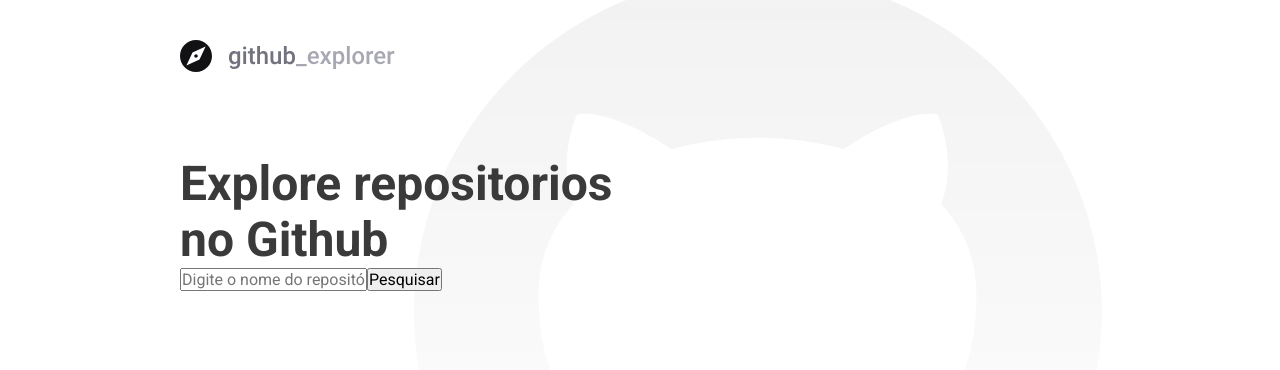
Repository: gutobarbosa/FrontEndLojaVirtual
Page: /
The author's editor kept a copy of each file at every save. The page is drawn from the files as they stood at one save, then again after the next save.
The browser window is 1280 px wide. The pictures show the whole page.
The project was rebuilt for these pictures with package versions that can differ from the ones it lists, and the page was loaded fresh each time. Also part of the build but not shown: src/pages/Repository/index.tsx.

Above is the page before, as saved 2020-09-06 18:57:01.

After the next save:
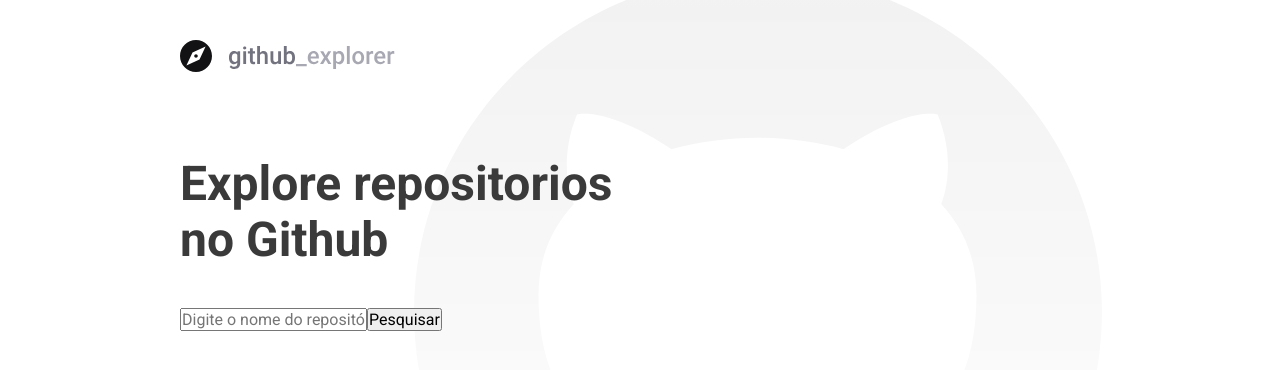
Saved 49 s later.
--- a/src/pages/Dashboard/styles.ts
+++ b/src/pages/Dashboard/styles.ts
@@ -10,7 +10,8 @@
 `;
 
 export const Form = styled.form `
-
+margin-top: 40px;
+max-width:700px;
 
 `;
 
